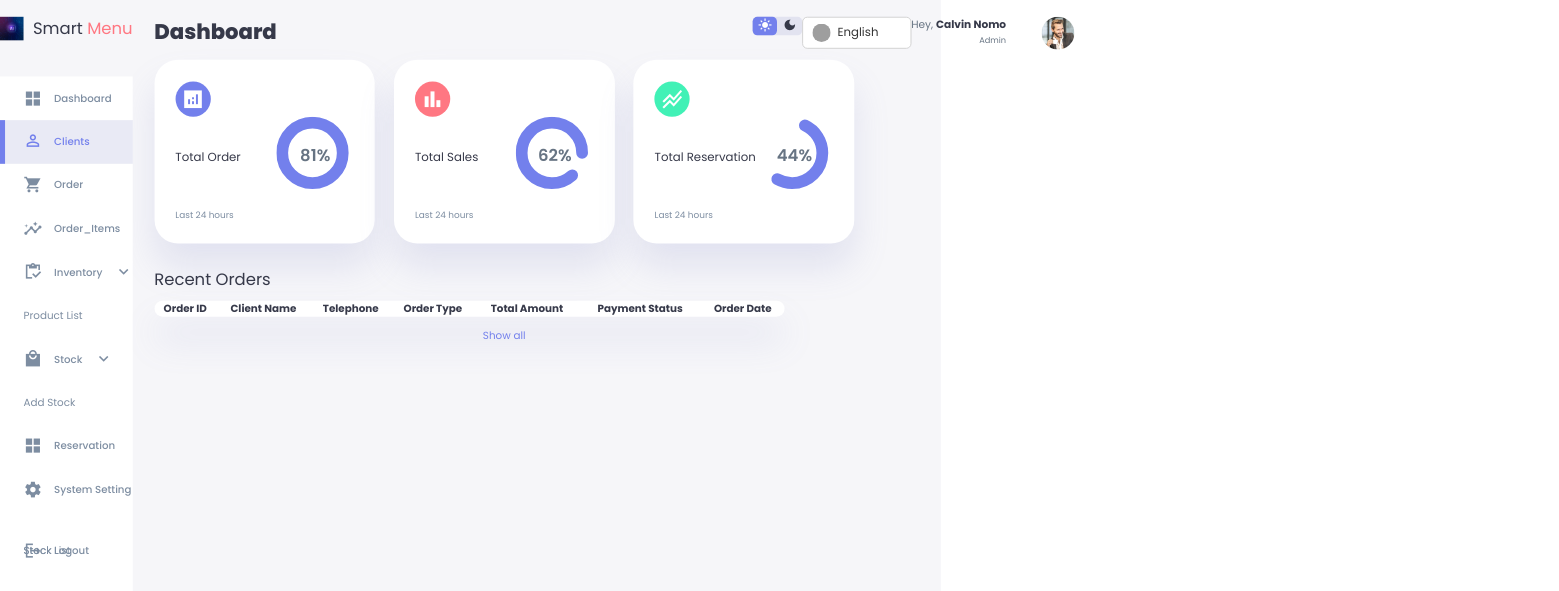
Repository: Calvin-Nomo/Hash-code
Page: product_list.html
The author's editor kept a copy of each file at every save. The page is drawn from the files as they stood at one save, then again after the next save.
The browser window is 1280 px wide. The page is 1856 px wide, so the pictures cover 1856 px, including what lies to the right of the window. The pictures show the whole page, at 84% of full size.
Pictures or frames that could not be fetched are drawn as grey boxes. The page's requests for data from a server got no answer.

Above is the page before, as saved 2025-10-09 09:02:49.

### product_list.html
<!DOCTYPE html>
<html lang="en">
<head>
    <meta charset="UTF-8">
    <meta name="viewport" content="width=device-width, initial-scale=1.0">
    <title>Document</title>
    <link
      href="https://fonts.googleapis.com/icon?family=Material+Icons+Sharp"
      rel="stylesheet"
    />
    <link rel="preconnect" href="https://fonts.googleapis.com" />
    <link rel="preconnect" href="https://fonts.gstatic.com" crossorigin />
    <link
      href="https://fonts.googleapis.com/css2?family=Outfit:wght@100..900&family=Poppins:ital,wght@0,100;0,200;0,300;0,400;0,500;0,600;0,700;0,800;0,900;1,100;1,200;1,300;1,400;1,500;1,600;1,700;1,800;1,900&display=swap"
      rel="stylesheet"
    />
    <link
      href="https://cdn.jsdelivr.net/npm/daisyui@5/themes.css"
      rel="stylesheet"
      type="text/css"
    />
    <link rel="stylesheet" href="css/index.css" />
    <link href="image/image1.jpg" rel="icon" />
</head>
<body>
    <div class="container">
      <!-- ################SIDE BAR #################-->
      <aside>
        <div class="top">
          <div class="logo">
            <img src="image/image1.jpg" alt="logo" />
            <h2>Smart <span class="danger">Menu</span></h2>
          </div>
          <div class="close" id="close-btn">
            <span class="material-icons-sharp"> close </span>
          </div>
        </div>

        <div class="sidebar">
          <a href="#">
            <span class="material-icons-sharp"> grid_view </span>
            <h3>Dashboard</h3>
          </a>

          <a href="#" class="active">
            <span class="material-icons-sharp"> person_outline </span>
            <h3>Clients</h3>
          </a>

          <a href="#">
            <span class="material-icons-sharp"> shopping_cart </span>
            <h3>Order</h3>
          </a>

          <a href="#">
            <span class="material-icons-sharp"> insights </span>
            <h3>Order_Items</h3>
          </a>

          <!-- Dropdown for Product -->
          <div class="dropdown">
            <a href="#" class="dropdown-toggle">
              <span class="material-icons-sharp"> inventory </span>
              <h3>Inventory</h3>
              <span class="material-icons-sharp arrow">expand_more</span>
            </a>
            <div class="dropdown-menu">
              <a href="#">Product List</a>
              <a href="#">Stock</a>
            </div>
          </div>

          <!-- Dropdown for Stock -->
          <div class="dropdown">
            <a href="#" class="dropdown-toggle">
              <span class="material-icons-sharp"> local_mall </span>
              <h3>Stock</h3>
              <span class="material-icons-sharp arrow">expand_more</span>
            </a>
            <div class="dropdown-menu">
              <a href="#">Add Stock</a>
              <a href="#">Stock List</a>
            </div>
          </div>

          <a href="#">
            <span class="material-icons-sharp"> grid_view </span>
            <h3>Reservation</h3>
          </a>

          <a href="#">
            <span class="material-icons-sharp"> settings </span>
            <h3>System Setting</h3>
          </a>

          <a href="#">
            <span class="material-icons-sharp"> logout </span>
            <h3>Logout</h3>
          </a>
        </div>
      </aside>

      <!-- ################END OF SIDE BAR #################-->
      <main>
        <h1>Dashboard</h1>
        <div class="insight">
          <div class="sales">
            <span class="material-icons-sharp"> analytics </span>
            <div class="middle">
              <div class="left">
                <h3>Total Order</h3>
                <h1 id="total_order"></h1>
              </div>
              <div class="progress">
                <svg>
                  <circle cx="38" cy="38" r="36"></circle>
                </svg>
                <div class="number">
                  <p>81%</p>
                </div>
              </div>
            </div>
            <small class="text-muted">Last 24 hours</small>
          </div>
          <!-- END OF SALES -->
          <div class="expenses">
            <span class="material-icons-sharp"> bar_chart </span>
            <div class="middle">
              <div class="left">
                <h3>Total Sales</h3>
                <h1 id="total-sales"></h1>
              </div>
              <div class="progress">
                <svg>
                  <circle cx="38" cy="38" r="36"></circle>
                </svg>
                <div class="number">
                  <p>62%</p>
                </div>
              </div>
            </div>
            <small class="text-muted">Last 24 hours</small>
          </div>
          <!-- END OF EXPENSES -->
          <div class="income">
            <span class="material-icons-sharp"> stacked_line_chart </span>
            <div class="middle">
              <div class="left">
                <h3>Total Reservation</h3>
                <h1 id="total-reservation"></h1>
              </div>
              <div class="progress">
                <svg>
                  <circle cx="38" cy="38" r="36"></circle>
                </svg>
                <div class="number">
                  <p>44%</p>
                </div>
              </div>
            </div>
            <small class="text-muted">Last 24 hours</small>
          </div>
          <!-- END OF INCOME -->
        </div>
        <!-- END OF INSIGHT -->
        <div class="recent-orders">
          <h2>Recent Orders</h2>
          <table id="order-table">
            <thead>
              <tr>
                <th>Order ID</th>
                <th>Client Name</th>
                <th>Telephone</th>
                <th>Order Type</th>
                <th>Total Amount</th>
                <th>Payment Status</th>
                <th>Order Date</th>
              </tr>
            </thead>
            <tbody>
              <!--  data will be filled here! -->
            </tbody>
          </table>
          <a href="#">Show all</a>
        </div>
      </main>
      <!-- End of the Recent Orders -->
      <div class="right">
        <div class="top">
          <button id="menu-btn">
            <span class="material-icons-sharp">menu </span>
          </button>
          <div class="theme-toggler">
            <span class="material-icons-sharp active">light_mode</span>
            <span class="material-icons-sharp">dark_mode</span>
          </div>
          <div class="lang-menu">
            <div class="selected-language">
              <img src="https://flagsapi.com/US/flat/32.png" alt="" />
              English
              <i class="arrow down"></i>
            </div>

            <ul class="lang-options">
              <li>
                <a
                  href="#"
                  class="en"
                  data-flag="https://flagsapi.com/US/flat/32.png"
                  >English</a
                >
              </li>
              <li>
                <a
                  href="#"
                  class="fr"
                  data-flag="https://flagsapi.com/FR/flat/32.png"
                  >French</a
                >
              </li>
              <li>
                <a
                  href="#"
                  class="cn"
                  data-flag="https://flagsapi.com/CN/flat/32.png"
                  >Chinese</a
                >
              </li>
              <li>
                <a
                  href="#"
                  class="jp"
                  data-flag="https://flagsapi.com/JP/flat/32.png"
                  >Japanese</a
                >
              </li>
            </ul>
          </div>

          <div class="profile">
            <div class="info">
              <p>Hey, <b>Calvin Nomo</b></p>
              <small class="text-muted">Admin</small>
            </div>
            <div class="profile-photo">
              <img src="image/person_1.jpg" alt="" />
            </div>
          </div>
        </div>
      </div>
      <!-- \\\\\\\\\\\\\\\END OF MAIN\\\\\\\\\\\\\\\\\\\\\\\ -->
    </div>
  <script src="js/index.js"></script>

  <script src="https://cdn.jsdelivr.net/npm/@tailwindcss/browser@4"></script>

</body>
</html>

Loaded but not shown: js/index.js (72 lines, source omitted); css/index.css (634 lines, source omitted)

After the next save:
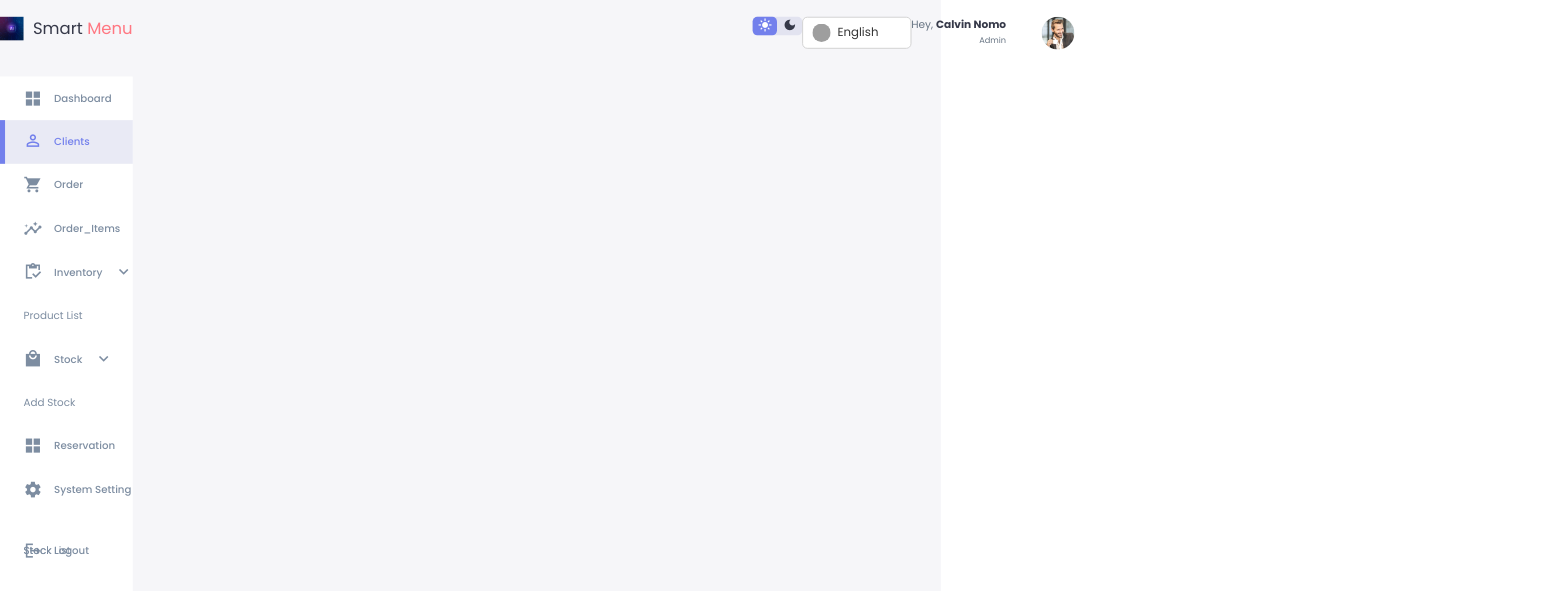
Saved 92 s later.
--- a/product_list.html
+++ b/product_list.html
@@ -102,87 +102,6 @@
 
       <!-- ################END OF SIDE BAR #################-->
       <main>
-        <h1>Dashboard</h1>
-        <div class="insight">
-          <div class="sales">
-            <span class="material-icons-sharp"> analytics </span>
-            <div class="middle">
-              <div class="left">
-                <h3>Total Order</h3>
-                <h1 id="total_order"></h1>
-              </div>
-              <div class="progress">
-                <svg>
-                  <circle cx="38" cy="38" r="36"></circle>
-                </svg>
-                <div class="number">
-                  <p>81%</p>
-                </div>
-              </div>
-            </div>
-            <small class="text-muted">Last 24 hours</small>
-          </div>
-          <!-- END OF SALES -->
-          <div class="expenses">
-            <span class="material-icons-sharp"> bar_chart </span>
-            <div class="middle">
-              <div class="left">
-                <h3>Total Sales</h3>
-                <h1 id="total-sales"></h1>
-              </div>
-              <div class="progress">
-                <svg>
-                  <circle cx="38" cy="38" r="36"></circle>
-                </svg>
-                <div class="number">
-                  <p>62%</p>
-                </div>
-              </div>
-            </div>
-            <small class="text-muted">Last 24 hours</small>
-          </div>
-          <!-- END OF EXPENSES -->
-          <div class="income">
-            <span class="material-icons-sharp"> stacked_line_chart </span>
-            <div class="middle">
-              <div class="left">
-                <h3>Total Reservation</h3>
-                <h1 id="total-reservation"></h1>
-              </div>
-              <div class="progress">
-                <svg>
-                  <circle cx="38" cy="38" r="36"></circle>
-                </svg>
-                <div class="number">
-                  <p>44%</p>
-                </div>
-              </div>
-            </div>
-            <small class="text-muted">Last 24 hours</small>
-          </div>
-          <!-- END OF INCOME -->
-        </div>
-        <!-- END OF INSIGHT -->
-        <div class="recent-orders">
-          <h2>Recent Orders</h2>
-          <table id="order-table">
-            <thead>
-              <tr>
-                <th>Order ID</th>
-                <th>Client Name</th>
-                <th>Telephone</th>
-                <th>Order Type</th>
-                <th>Total Amount</th>
-                <th>Payment Status</th>
-                <th>Order Date</th>
-              </tr>
-            </thead>
-            <tbody>
-              <!--  data will be filled here! -->
-            </tbody>
-          </table>
-          <a href="#">Show all</a>
-        </div>
       </main>
       <!-- End of the Recent Orders -->
       <div class="right">
@@ -253,6 +172,5 @@
   <script src="js/index.js"></script>
 
   <script src="https://cdn.jsdelivr.net/npm/@tailwindcss/browser@4"></script>
-
 </body>
 </html>

After the save that followed:
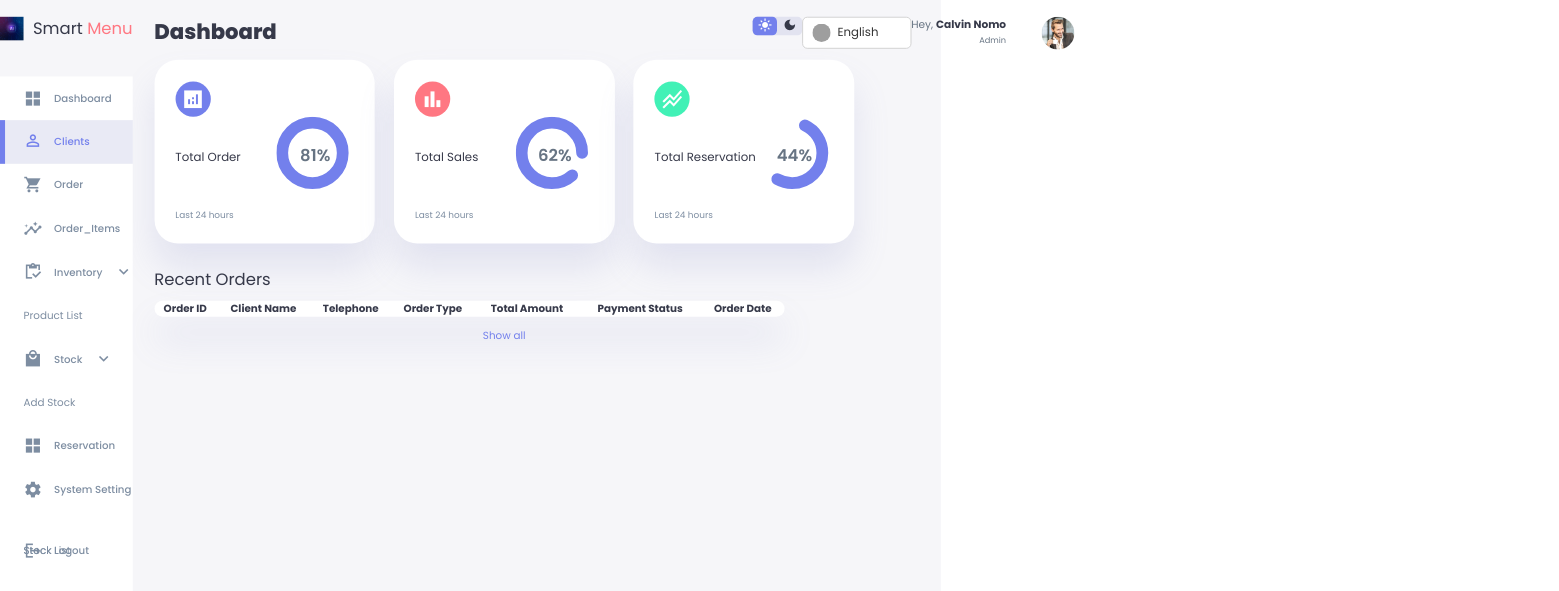
Saved 10 min 38 s later.
--- a/product_list.html
+++ b/product_list.html
@@ -102,6 +102,87 @@
 
       <!-- ################END OF SIDE BAR #################-->
       <main>
+        <h1>Dashboard</h1>
+        <div class="insight">
+          <div class="sales">
+            <span class="material-icons-sharp"> analytics </span>
+            <div class="middle">
+              <div class="left">
+                <h3>Total Order</h3>
+                <h1 id="total_order"></h1>
+              </div>
+              <div class="progress">
+                <svg>
+                  <circle cx="38" cy="38" r="36"></circle>
+                </svg>
+                <div class="number">
+                  <p>81%</p>
+                </div>
+              </div>
+            </div>
+            <small class="text-muted">Last 24 hours</small>
+          </div>
+          <!-- END OF SALES -->
+          <div class="expenses">
+            <span class="material-icons-sharp"> bar_chart </span>
+            <div class="middle">
+              <div class="left">
+                <h3>Total Sales</h3>
+                <h1 id="total-sales"></h1>
+              </div>
+              <div class="progress">
+                <svg>
+                  <circle cx="38" cy="38" r="36"></circle>
+                </svg>
+                <div class="number">
+                  <p>62%</p>
+                </div>
+              </div>
+            </div>
+            <small class="text-muted">Last 24 hours</small>
+          </div>
+          <!-- END OF EXPENSES -->
+          <div class="income">
+            <span class="material-icons-sharp"> stacked_line_chart </span>
+            <div class="middle">
+              <div class="left">
+                <h3>Total Reservation</h3>
+                <h1 id="total-reservation"></h1>
+              </div>
+              <div class="progress">
+                <svg>
+                  <circle cx="38" cy="38" r="36"></circle>
+                </svg>
+                <div class="number">
+                  <p>44%</p>
+                </div>
+              </div>
+            </div>
+            <small class="text-muted">Last 24 hours</small>
+          </div>
+          <!-- END OF INCOME -->
+        </div>
+        <!-- END OF INSIGHT -->
+        <div class="recent-orders">
+          <h2>Recent Orders</h2>
+          <table id="order-table">
+            <thead>
+              <tr>
+                <th>Order ID</th>
+                <th>Client Name</th>
+                <th>Telephone</th>
+                <th>Order Type</th>
+                <th>Total Amount</th>
+                <th>Payment Status</th>
+                <th>Order Date</th>
+              </tr>
+            </thead>
+            <tbody>
+              <!--  data will be filled here! -->
+            </tbody>
+          </table>
+          <a href="#">Show all</a>
+        </div>
       </main>
       <!-- End of the Recent Orders -->
       <div class="right">
@@ -169,8 +250,10 @@
       </div>
       <!-- \\\\\\\\\\\\\\\END OF MAIN\\\\\\\\\\\\\\\\\\\\\\\ -->
     </div>
+  </body>
   <script src="js/index.js"></script>
 
   <script src="https://cdn.jsdelivr.net/npm/@tailwindcss/browser@4"></script>
+
 </body>
 </html>
